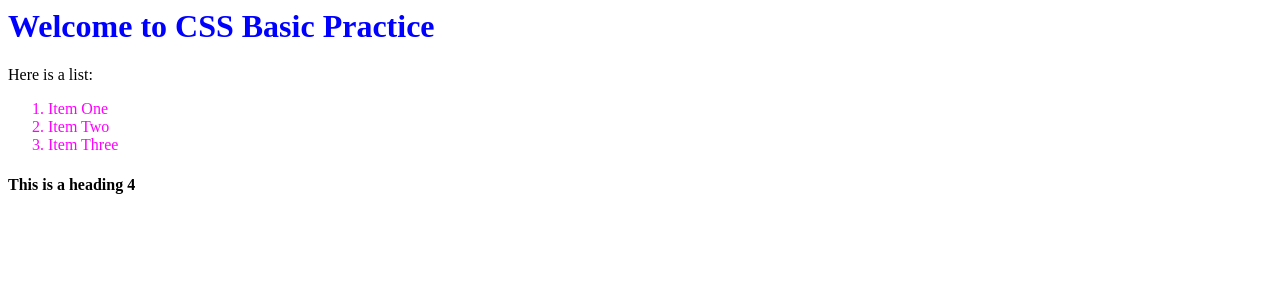
Repository: MonwarAdeeb/Bista_Solutions
Page: HTML & CSS/CSS/Level One/Level_One.html
These files come from the project's save history. The page is drawn as it stood at one moment and after a run of saves; the edit follows.
The browser window is 1280 px wide. The pictures show the whole page.

Above is the page before, as saved 2021-05-19 16:05:06.

After the next 2 saves:
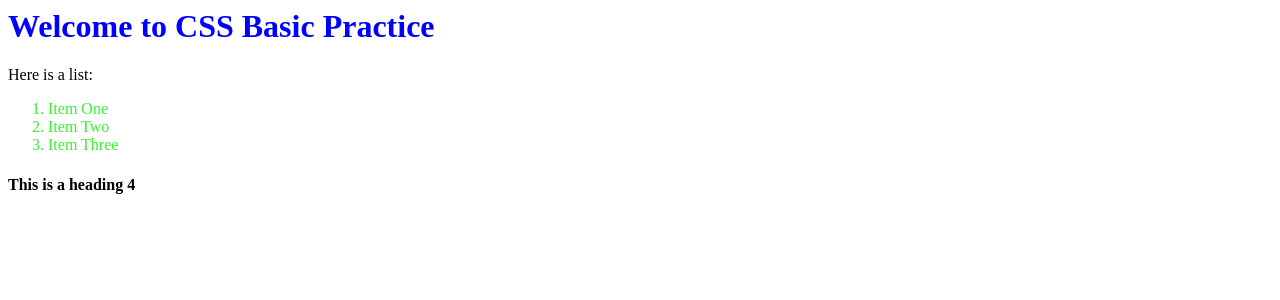
The 2 saves are shown as one change because they came seconds apart.
The last was saved 14 s later.
--- a/HTML & CSS/CSS/Level One/Level_One_CSS.css
+++ b/HTML & CSS/CSS/Level One/Level_One_CSS.css
@@ -8,5 +8,5 @@
 }
 
 li {
-  color: rgb(255, 0, 255);
+  color: rgb(56, 241, 49);
 }
